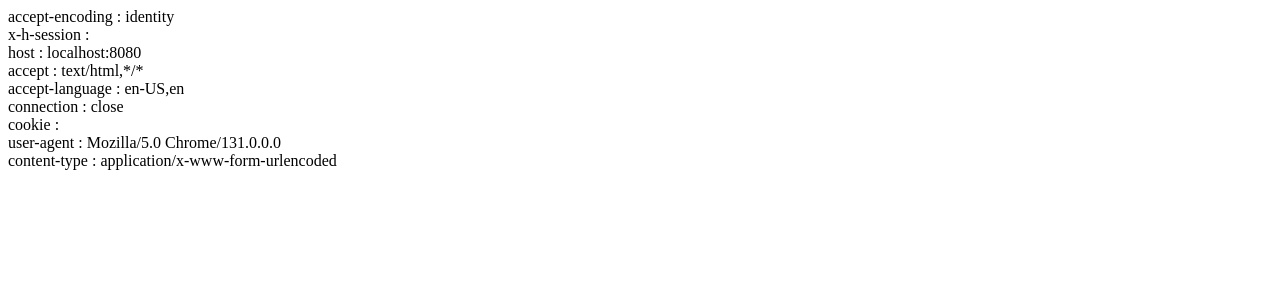
Repository: hodob/JSP_Practice
Page: http://localhost/JSP_WebMarket_JJH/ch05_ex/ex1_1.jsp
The author's editor kept a copy of each file at every save. The page is drawn from the files as they stood at one save, then again after the next save.
The browser window is 1280 px wide. The pictures show the whole page.
The page is served by Tomcat 9.

Above is the page before, as saved 2022-08-10 02:19:38.

After the next save:
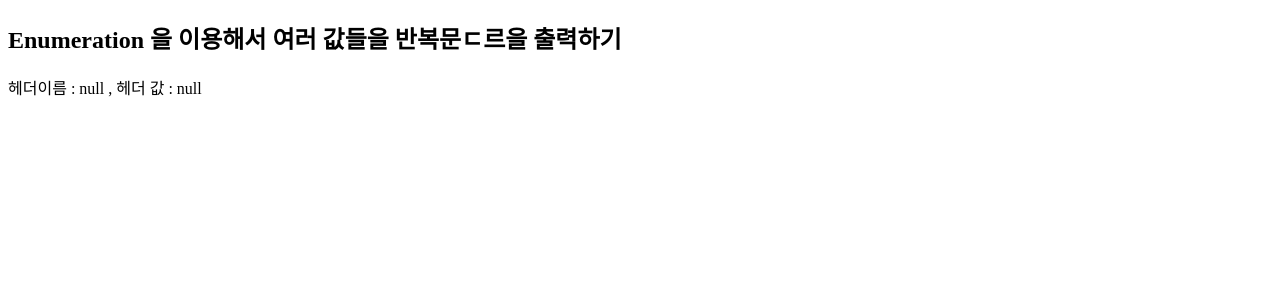
Saved 1 s later.
--- a/JSP_WebMarket_JJH/WebContent/ch05_ex/ex1_1.jsp
+++ b/JSP_WebMarket_JJH/WebContent/ch05_ex/ex1_1.jsp
@@ -1,21 +1,29 @@
 <%@page import="java.util.Enumeration"%>
 <%@ page language="java" contentType="text/html; charset=UTF-8"
     pageEncoding="UTF-8"%>
-
+<!DOCTYPE html>
 <html>
 <head>
-<title>Implicit Objects</title>
+<meta charset="UTF-8">
+<title>Insert title here</title>
 </head>
 <body>
-	<%
-		Enumeration en = request.getHeaderNames();
-		while (en.hasMoreElements()) {
-			String headerName = (String) en.nextElement();
-			String headerValue = request.getHeader(headerName);
-	%>
-	<%=headerName%> : <%=headerValue%><br>
-	<%
-		}
-	%>
+
+
+<%! String headerName;
+String headerValue;%>
+
+
+<h2> Enumeration 을 이용해서 여러 값들을 반복문ㄷ르을 출력하기 </h2>
+<%
+Enumeration en =request.getHeaderNames();
+while(en.hasMoreElements()){
+	String headerName = (String)en.nextElement(); //nextEl -- 원소를 가져오는 것을 의미한다.
+	String headerValue = (String)request.getHeader(headerName);  //키값으로 value 값 저장
+}
+%>
+헤더이름 : <%= headerName %> , 헤더 값 : <%= headerValue %> <br>
+
+
 </body>
 </html>
